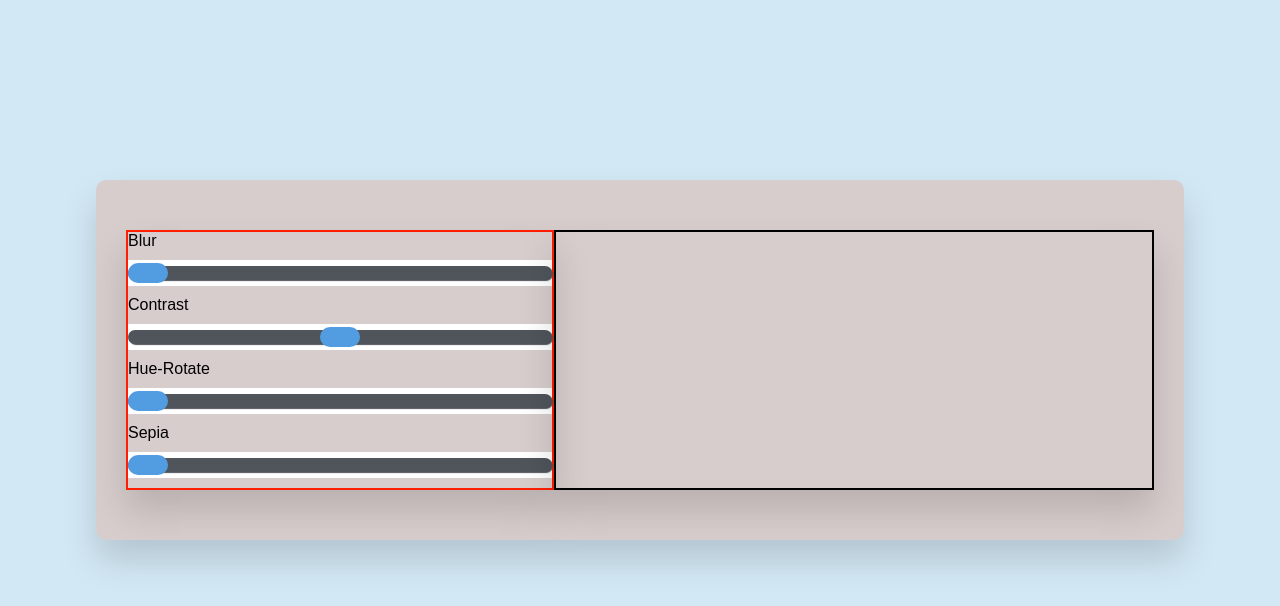
Repository: Larrowo/Challenges
Page: Photo filter/index.html
An editor plug-in stored every save of this project. The page is shown before and after a run of saves, followed by the edit.
The browser window is 1280 px wide. The pictures show the whole page.

Above is the page before, as saved 2022-04-01 12:31:18.

### Photo filter/index.html
<!DOCTYPE html>
<html lang="en">
<head>
    <meta charset="UTF-8">
    <meta http-equiv="X-UA-Compatible" content="IE=edge">
    <meta name="viewport" content="width=device-width, initial-scale=1.0">
    <link rel="stylesheet" href="style.css">
    <script src="script.js" defer></script>
    <title>Document</title>
</head>
<body>
    <div class="wrapper">
        <div class="editor">
            <div class="filter">
                <label for="blur">Blur</label>
                <input type="range" min="0" max="5" value="0" step="0.1" id="blur">
            </div>
            <div class="filter">
                <label for="contrast">Contrast</label>
                <input type="range" min="0" max="200" value="100"  id="Contrast">
            </div>
            <div class="filter">
                <label for="Hue-rotate">Hue-Rotate</label>
                <input type="range" min="0" max="360" value="0"  id="Hue-rotate">
            </div>
            <div class="filter">
                <label for="Sepia">Sepia</label>
                <input type="range" min="0" max="100" value="0"  id="Sepia">
            </div>

        </div>
        <div class="results">

        </div>
    </div>
</body>
</html>

### Photo filter/style.css
*{
    padding: 0;
    margin: 0;
    box-sizing: border-box;
    font-family: "Rubik",sans-serif;
}

body{
    background-color: #d3e8f5;
}

 .wrapper{
     width: 85vw;
     padding: 50px 30px;
     background-color: #d8cdcd;
     position: absolute;
     transform: translate(-50%,-50%);
     top: 50%;
     left: 50%;
     border-radius: 10px;
     box-shadow: 0 20px 35px rgba(0,0,0,0.15);
     display: grid;
     grid-template-columns: 5fr 7fr;
 }

 .editor{
     border: 2px solid rgb(255, 30, 0);
     box-shadow: 0 20px 35px rgba(0,0,0,0.15);
     min-height: 35vmin;
     display: flex;
     flex-direction: column;
 }

 .results{
     border: 2px solid rgb(0, 0, 0);
     box-shadow: 0 20px 35px rgba(0,0,0,0.15);
 }

 /*Todo lo que está debajo fue descaradamente robado*/

 input[type=range] {
    height: 26px;
    -webkit-appearance: none;
    margin: 10px 0;
    width: 100%;
  }
  input[type=range]:focus {
    outline: none;
  }
  input[type=range]::-webkit-slider-runnable-track {
    width: 100%;
    height: 14px;
    cursor: pointer;
    animate: 0.2s;
    box-shadow: 1px 1px 1px #50555C;
    background: #50555C;
    border-radius: 14px;
    border: 0px solid #000000;
  }
  input[type=range]::-webkit-slider-thumb {
    box-shadow: 0px 0px 0px #000000;
    border: 0px solid #000000;
    height: 20px;
    width: 40px;
    border-radius: 12px;
    background: #529DE1;
    cursor: pointer;
    -webkit-appearance: none;
    margin-top: -3px;
  }
  input[type=range]:focus::-webkit-slider-runnable-track {
    background: #50555C;
  }
  input[type=range]::-moz-range-track {
    width: 100%;
    height: 14px;
    cursor: pointer;
    animate: 0.2s;
    box-shadow: 1px 1px 1px #50555C;
    background: #50555C;
    border-radius: 14px;
    border: 0px solid #000000;
  }
  input[type=range]::-moz-range-thumb {
    box-shadow: 0px 0px 0px #000000;
    border: 0px solid #000000;
    height: 20px;
    width: 40px;
    border-radius: 12px;
    background: #529DE1;
    cursor: pointer;
  }
  input[type=range]::-ms-track {
    width: 100%;
    height: 14px;
    cursor: pointer;
    animate: 0.2s;
    background: transparent;
    border-color: transparent;
    color: transparent;
  }
  input[type=range]::-ms-fill-lower {
    background: #50555C;
    border: 0px solid #000000;
    border-radius: 28px;
    box-shadow: 1px 1px 1px #50555C;
  }
  input[type=range]::-ms-fill-upper {
    background: #50555C;
    border: 0px solid #000000;
    border-radius: 28px;
    box-shadow: 1px 1px 1px #50555C;
  }
  input[type=range]::-ms-thumb {
    margin-top: 1px;
    box-shadow: 0px 0px 0px #000000;
    border: 0px solid #000000;
    height: 20px;
    width: 40px;
    border-radius: 12px;
    background: #529DE1;
    cursor: pointer;
  }
  input[type=range]:focus::-ms-fill-lower {
    background: #50555C;
  }
  input[type=range]:focus::-ms-fill-upper {
    background: #50555C;
  }

Loaded but not shown: Photo filter/script.js (no copy from this time; the picture is the same without it)

After the next 12 saves:
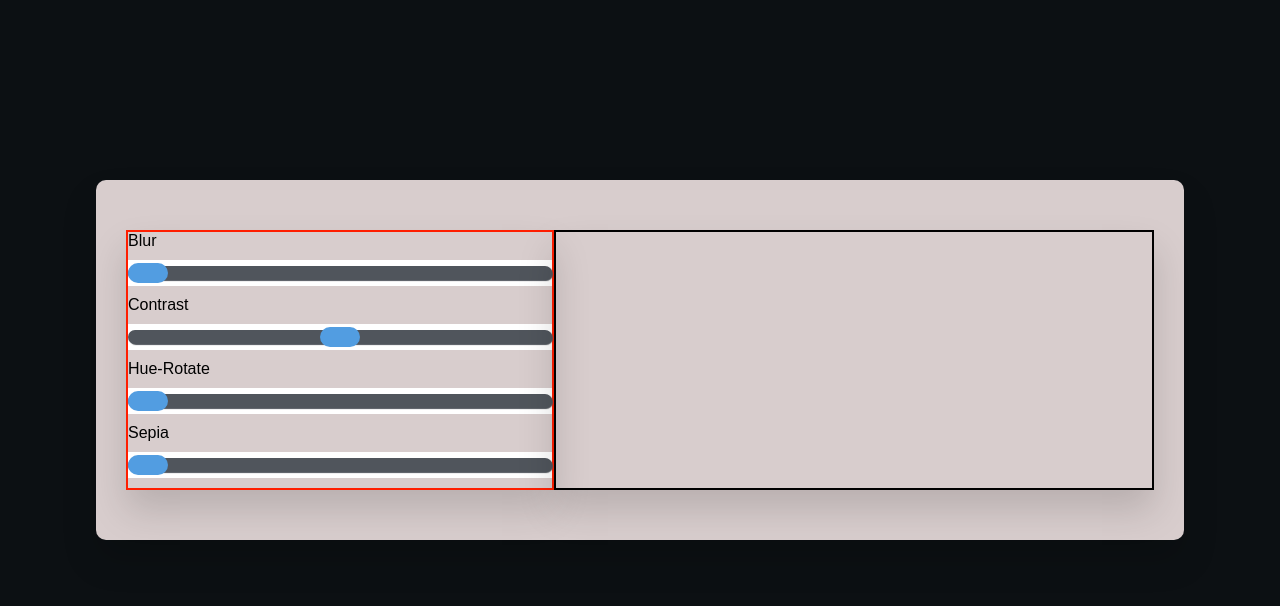
The 12 saves are shown as one change because they came seconds apart.
The last was saved 17 s later.
--- a/Photo filter/style.css
+++ b/Photo filter/style.css
@@ -6,7 +6,7 @@
 }
 
 body{
-    background-color: #d3e8f5;
+    background-color: #0c1013;
 }
 
  .wrapper{
